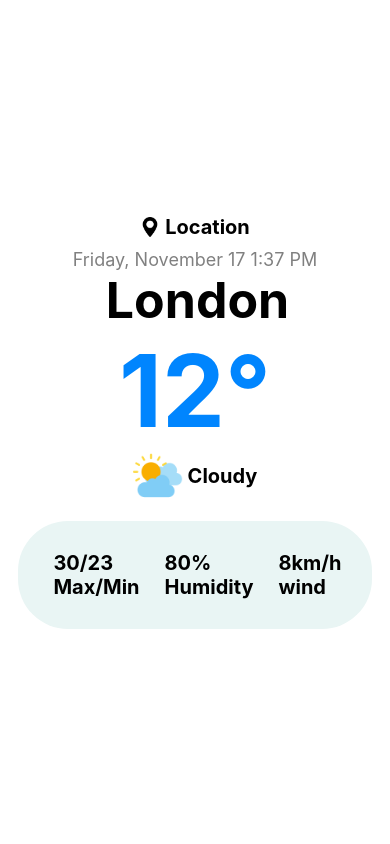
Repository: praveen080/react-native-weatherAppV1
Screen: /
An editor plug-in stored every save of this project. The screen is shown before and after the next save, followed by the edit.
The app was drawn by React Native's web renderer in a window 390 px wide. The project was rebuilt for these pictures with package versions that can differ from the ones it lists, and the page was loaded fresh each time. Also part of the build but not shown: Screens/startUp.js.

Above is the screen before, as saved 2023-11-17 14:20:19.

### App.js
import { StatusBar } from "expo-status-bar";
import { StyleSheet, Text, View } from "react-native";
import StartPage from "./Screens/startUp";
import Home from "./Screens/Home";

export default function App() {
  return (
    <View style={styles.container}>
      {/* <StartPage /> */}
      <Home />
    </View>
  );
}

const styles = StyleSheet.create({
  container: {
    flex: 1,
    backgroundColor: "#ff f",
    alignItems: "center",
    justifyContent: "center",
  },
});

### Screens/Home.js
import React from "react";
import { View, Text, Image, TouchableOpacity, StyleSheet } from "react-native";

const Home = () => {
  const currentDate = new Date();

  // Format the date and time
  const formattedDate = currentDate.toLocaleDateString("en-US", {
    weekday: "long",
    day: "numeric",
    month: "long",
  });

  const formattedTime = currentDate.toLocaleTimeString("en-US", {
    hour: "numeric",
    minute: "numeric",
    hour12: true,
  });
  return (
    <View style={styles.container}>
      {/* Location Text with Icon */}
      <TouchableOpacity style={styles.locationContainer}>
        <Image source={require("./assets/location.png")} style={styles.icon} />
        <Text style={styles.locationText}>Location</Text>
      </TouchableOpacity>

      {/* Current Time and Date */}
      <Text style={styles.dateTimeText}>
        {formattedDate} {formattedTime}
      </Text>
      <Text style={styles.location}>London</Text>

      {/* Numbers */}
      <View style={styles.numbersContainer}>
        <Text style={styles.number}>12°</Text>
      </View>

      <View style={styles.locationContainer}>
        <Image
          source={require("./assets/cloudy-day.png")}
          style={styles.iconS}
        />
        <Text style={styles.locationText}>Cloudy</Text>
      </View>
      <View style={styles.cardFull}>
        <View style={styles.locationContainer1}>
          <View style={styles.card}>
            <Text style={styles.locationText}>30/23</Text>
            <Text style={styles.locationText}>Max/Min</Text>
          </View>
          <View style={styles.card}>
            <Text style={styles.locationText}>80%</Text>
            <Text style={styles.locationText}>Humidity</Text>
          </View>
          <View style={styles.card}>
            <Text style={styles.locationText}>8km/h</Text>
            <Text style={styles.locationText}>wind</Text>
          </View>
        </View>
      </View>
    </View>
  );
};

export default Home;

export const styles = StyleSheet.create({
  container: {
    flex: 1,
    alignItems: "center",
    justifyContent: "center",
  },
  locationContainer: {
    flexDirection: "row",
    alignItems: "center",
  },
  locationContainer1: {
    flexDirection: "row",
    alignItems: "center",
    // backgroundColor: "white",
    borderRadius: 50,
    margin: 20,
  },
  locationText: {
    fontSize: 20,
    marginLeft: 5,
    fontWeight: "bold",
  },
  location: {
    fontSize: 50,
    marginLeft: 5,
    fontWeight: "bold",
  },
  icon: {
    width: 20,
    height: 20,
  },
  iconS: {
    width: 50,
    height: 50,
  },
  dateTimeText: {
    fontSize: 18,
    marginTop: 10,
    color: "grey",
  },
  numbersContainer: {
    flexDirection: "row",
    alignItems: "center",
    // marginTop: 20,
  },
  number: {
    fontSize: 100,
    // marginRight: 10,
    fontWeight: "bold",
    color: "#0085FE",
  },
  logo: {
    width: 100,
    height: 100,
    marginTop: 20,
  },
  card: {
    margin: 10,
  },
  cardFull: {
    borderRadius: 50,
    backgroundColor: "#e9f5f4",
    marginTop: 20,
  },
});

// // Weather.js

// import React, { useState } from "react";
// import { View, Text, TextInput, Button, StyleSheet } from "react-native";
// import axios from "axios";

// const Home = () => {
//   const [city, setCity] = useState("");
//   const [weatherData, setWeatherData] = useState(null);
//   const [error, setError] = useState("");

//   const apiKey = "2891236865fb81dd11cf0be56216e1cb";

//   const fetchWeatherData = async () => {
//     try {
//       const response = await axios.get(
//         `https://api.openweathermap.org/data/2.5/weather?q=${city}&appid=${apiKey}&units=metric`
//       );
//       setWeatherData(response.data);
//       setError("");
//     } catch (error) {
//       setWeatherData(null);
//       setError("City not found. Please try again.");
//     }
//   };

//   return (
//     <View style={styles.container}>
//       <Text style={styles.title}>Weather App</Text>
//       <TextInput
//         style={styles.input}
//         placeholder="Enter city"
//         value={city}
//         onChangeText={(text) => setCity(text)}
//       />
//       <Button title="Get Weather" onPress={fetchWeatherData} />
//       {weatherData && (
//         <View>
//           <Text>{`City: ${weatherData.name}`}</Text>
//           <Text>{`Temperature: ${weatherData.main.temp}°C`}</Text>
//           {/* Add more weather details as needed */}
//         </View>
//       )}
//       {error !== "" && <Text style={styles.error}>{error}</Text>}
//     </View>
//   );
// };

// const styles = StyleSheet.create({
//   container: {
//     flex: 1,
//     justifyContent: "center",
//     alignItems: "center",
//   },
//   title: {
//     fontSize: 20,
//     fontWeight: "bold",
//     marginBottom: 10,
//   },
//   input: {
//     height: 40,
//     borderColor: "gray",
//     borderWidth: 1,
//     marginBottom: 10,
//     padding: 10,
//     width: 200,
//   },
//   error: {
//     color: "red",
//     marginTop: 10,
//   },
// });

// export default Home;

After the next save:
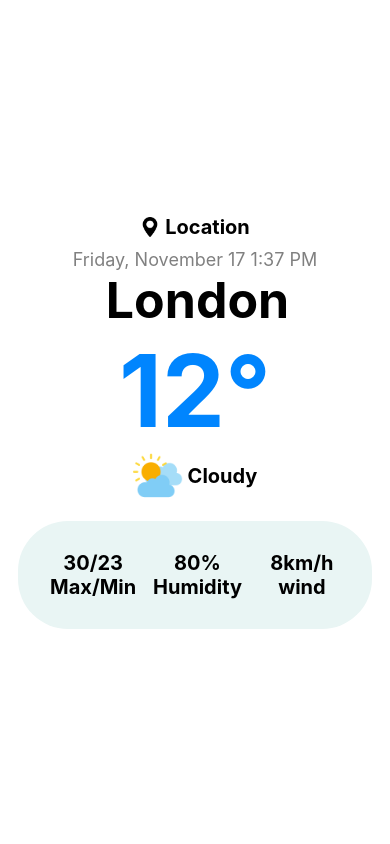
Saved 17 s later.
--- a/Screens/Home.js
+++ b/Screens/Home.js
@@ -121,6 +121,9 @@
     marginTop: 20,
   },
   card: {
+    flex: 1,
+    alignItems: "center",
+    justifyContent: "center",
     margin: 10,
   },
   cardFull: {

After the save that followed:
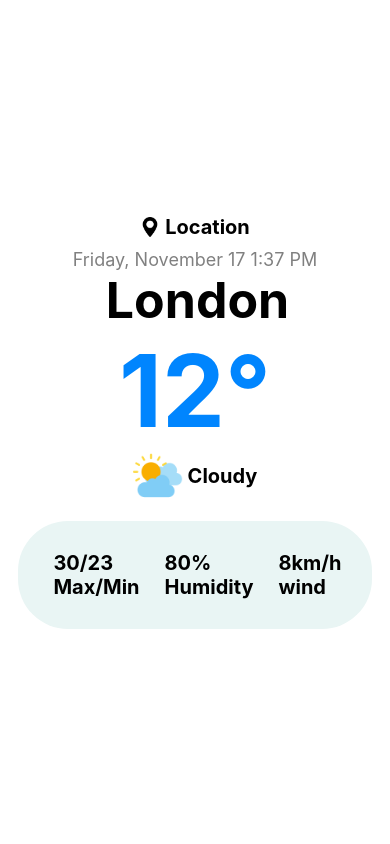
Saved 7 s later.
--- a/Screens/Home.js
+++ b/Screens/Home.js
@@ -121,9 +121,7 @@
     marginTop: 20,
   },
   card: {
-    flex: 1,
-    alignItems: "center",
-    justifyContent: "center",
+
     margin: 10,
   },
   cardFull: {
